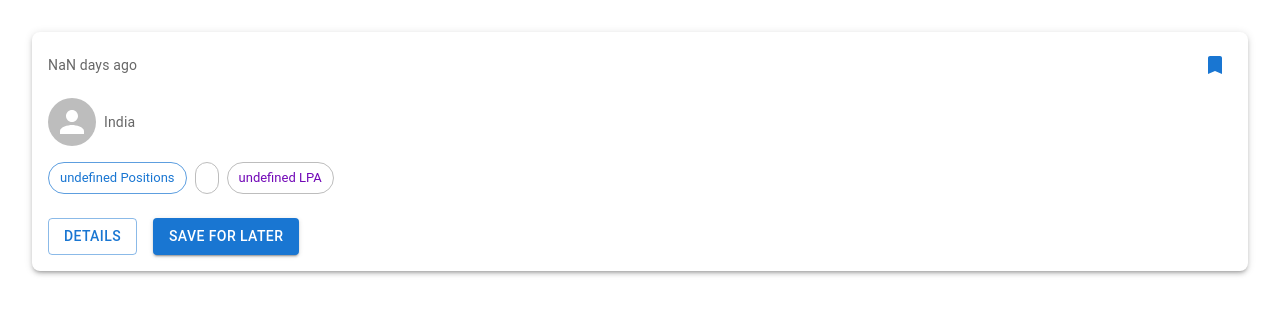
Repository: abp197/Job_bridge
Page: /jobs (app in Frontend/)
These files come from the project's save history. The page is drawn as it stood at one moment and after a run of saves; the edit follows.
The browser window is 1280 px wide. The pictures show the whole page.
The project was rebuilt for these pictures with package versions that can differ from the ones it lists, and the page was loaded fresh each time. Also part of the build but not shown: Frontend/vite.config.js, Frontend/src/utils/constant.js, Frontend/src/components/shared/Navbar.jsx, Frontend/src/components/auth/Signup.jsx, Frontend/src/components/CategoryCarousel.jsx, Frontend/src/components/HeroSection.jsx, Frontend/src/components/shared/Footer.jsx, Frontend/src/components/LatestJobCards.jsx and 24 more. Imported but missing from the stored project, and not drawn on this page: Frontend/src/hooks/useGetAppliedJobs.

Above is the page before, as saved 2024-12-22 19:40:57.

### Frontend/src/main.jsx
import { StrictMode } from 'react';
import { createRoot } from 'react-dom/client';
import App from './App.jsx';
import './index.css';
import { Provider } from 'react-redux';
import { persistStore } from 'redux-persist';
import { PersistGate } from 'redux-persist/integration/react';
import store from './components/redux/store.js';
import { Toaster } from 'react-hot-toast';


const persistor = persistStore(store);

createRoot(document.getElementById('root')).render(
  <StrictMode>
    <Provider store={store}>
      <PersistGate loading={null} persistor={persistor}>
        <App />
        <Toaster />
      </PersistGate>
    </Provider>
  </StrictMode>,
);

### Frontend/src/App.jsx
import './App.css'
import { createBrowserRouter, RouterProvider } from 'react-router-dom'
import Signup from './components/auth/Signup'
import Home from './components/Home'
import Login from './components/auth/Login'
import Jobs from './components/Job'
import JobDescription from './components/JobDescription'
import Profile from './components/Profile'
import Browse from './components/Browse'
import ProtectedRoute from './components/admin/ProtectedRoute'
import Companies from './components/admin/Companies'
import CompanyCreate from './components/admin/CompanyCreate'
import CompanySetup from './components/admin/CompanySetup'
import AdminJobs from './components/admin/AdminJobs'
import PostJob from './components/admin/PostJob'
import Applicants from './components/admin/Applicants'
import About from './components/About'
import Contact from './components/Contact'


const appRouter = createBrowserRouter([
  {
    path: '/',
    element: <Home />
  },
  {
    path: '/login',
    element: <Login />
  },
  {
    path: '/signup',
    element: <Signup />
  },
  {
    path: "/jobs",
    element: <Jobs />
  },
  {
    path: "/description/:id",
    element: <JobDescription />
  },
  {
    path: "/browse",
    element: <Browse />
  },

  {
    path: "/profile",
    element: <Profile />
  },
  {
    path: "/about",
    element: <About />
  },
  {
    path: "/contact",
    element: <Contact />
  },
  // admin ke liye yha se start hoga
 {
    path:"/admin/companies",
    element: <ProtectedRoute><Companies/></ProtectedRoute>
  },
  {
    path:"/admin/companies/create",
    element: <ProtectedRoute><CompanyCreate/></ProtectedRoute>
  },
  {
    path:"/admin/companies/:id",
    element:<ProtectedRoute><CompanySetup/></ProtectedRoute>
  },
  {
    path:"/admin/jobs",
    element:<ProtectedRoute><AdminJobs/></ProtectedRoute>
  },
  {
    path:"/admin/jobs/create",
    element:<ProtectedRoute><PostJob/></ProtectedRoute>
  },
  {
    path:"/admin/jobs/:id/applicants",
    element:<ProtectedRoute><Applicants/></ProtectedRoute>
  },



])
function App() {


  return (
    <div>
    <RouterProvider router={appRouter} />
  </div>
  )
}

export default App

### Frontend/src/components/redux/store.js
import { combineReducers, configureStore } from "@reduxjs/toolkit";
import authSlice from "./authSlice";
import jobSlice from "./jobSlice";
import {
    persistStore,
    persistReducer,
    FLUSH,
    REHYDRATE,
    PAUSE,
    PERSIST,
    PURGE,
    REGISTER,
} from 'redux-persist'
import storage from 'redux-persist/lib/storage'
import companySlice from "./companySlice";
import applicationSlice from "./applicationSlice";

const persistConfig = {
    key: 'root',
    version: 1,
    storage,
}

const rootReducer = combineReducers({
    auth:authSlice,
    job:jobSlice,
    company:companySlice,
    application:applicationSlice
})

const persistedReducer = persistReducer(persistConfig, rootReducer)


const store = configureStore({
    reducer: persistedReducer,
    middleware: (getDefaultMiddleware) =>
        getDefaultMiddleware({
            serializableCheck: {
                ignoredActions: [FLUSH, REHYDRATE, PAUSE, PERSIST, PURGE, REGISTER],
            },
        }),
});
export default store;

### Frontend/src/components/Job.jsx
/* eslint-disable react/prop-types */
/* eslint-disable no-unused-vars */
import React from 'react';
import { Button, IconButton, Avatar, Chip, Box, Typography, Paper } from '@mui/material';
import BookmarkIcon from '@mui/icons-material/Bookmark';
import { useNavigate } from 'react-router-dom';

const Job = ({ job }) => {
    const navigate = useNavigate();

    const daysAgoFunction = (mongodbTime) => {
        const createdAt = new Date(mongodbTime);
        const currentTime = new Date();
        const timeDifference = currentTime - createdAt;
        return Math.floor(timeDifference / (1000 * 24 * 60 * 60));
    };

    return (
        <Paper elevation={3} sx={{ padding: 2, borderRadius: 2, bgcolor: 'background.paper' }}>
            <Box display="flex" justifyContent="space-between" alignItems="center">
                <Typography variant="body2" color="text.secondary">
                    {daysAgoFunction(job?.createdAt) === 0 ? "Today" : `${daysAgoFunction(job?.createdAt)} days ago`}
                </Typography>
                <IconButton size="small" color="primary">
                    <BookmarkIcon />
                </IconButton>
            </Box>

            <Box display="flex" alignItems="center" gap={1} mt={2}>
                <Avatar src={job?.company?.logo} sx={{ width: 48, height: 48 }} />
                <Box>
                    <Typography variant="h6">{job?.company?.name}</Typography>
                    <Typography variant="body2" color="text.secondary">India</Typography>
                </Box>
            </Box>

            <Box mt={2}>
                <Typography variant="h5" fontWeight="bold" gutterBottom>{job?.title}</Typography>
                <Typography variant="body2" color="text.secondary">{job?.description}</Typography>
            </Box>

            <Box display="flex" gap={1} mt={2}>
                <Chip label={`${job?.position} Positions`} color="primary" variant="outlined" />
                <Chip label={job?.jobType} sx={{ color: '#F83002' }} variant="outlined" />
                <Chip label={`${job?.salary} LPA`} sx={{ color: '#7209b7' }} variant="outlined" />
            </Box>

            <Box display="flex" gap={2} mt={3}>
                <Button onClick={() => navigate(`/description/${job?._id}`)} variant="outlined" color="primary">
                    Details
                </Button>
                <Button variant="contained" sx={{ bgcolor: '', color: 'white' }}>
                    Save For Later
                </Button>
            </Box>
        </Paper>
    );
};

export default Job;

### Frontend/src/components/redux/jobSlice.js
import { createSlice } from "@reduxjs/toolkit";

const jobSlice = createSlice({
    name:"job",
    initialState:{
        allJobs:[],
        allAdminJobs:[],
        singleJob:null,
        searchJobByText:"",
        allAppliedJobs:[],
        searchedQuery:"",
    },
    reducers:{
        // actions
        setAllJobs:(state,action) => {
            state.allJobs = action.payload;
        },
        setSingleJob:(state,action) => {
            state.singleJob = action.payload;
        },
        setAllAdminJobs:(state,action) => {
            state.allAdminJobs = action.payload;
        },
        setSearchJobByText:(state,action) => {
            state.searchJobByText = action.payload;
        },
        setAllAppliedJobs:(state,action) => {
            state.allAppliedJobs = action.payload;
        },
        setSearchedQuery:(state,action) => {
            state.searchedQuery = action.payload;
        }
    }
});
export const {
    setAllJobs,
    setSingleJob,
    setAllAdminJobs,
    setSearchJobByText,
    setAllAppliedJobs,
    setSearchedQuery
} = jobSlice.actions;
export default jobSlice.reducer;

### Frontend/src/components/redux/companySlice.js
import { createSlice } from "@reduxjs/toolkit";

const companySlice = createSlice({
    name:"company",
    initialState:{
        singleCompany:null,
        companies:[],
        searchCompanyByText:"",
    },
    reducers:{
        // actions
        setSingleCompany:(state,action) => {
            state.singleCompany = action.payload;
        },
        setCompanies:(state,action) => {
            state.companies = action.payload;
        },
        setSearchCompanyByText:(state,action) => {
            state.searchCompanyByText = action.payload;
        }
    }
});
export const {setSingleCompany, setCompanies,setSearchCompanyByText} = companySlice.actions;
export default companySlice.reducer;

### Frontend/tailwind.config.js
/** @type {import('tailwindcss').Config} */
export default {
  content: [
    "./index.html",
    "./src/**/*.{js,ts,jsx,tsx}",

  ],
  theme: {
    extend: {
      // Custom utilities for hiding the scrollbar
      noScrollbar: {
        '::-webkit-scrollbar': { display: 'none' }, // Chrome, Safari, and Opera
        '-ms-overflow-style': 'none', // IE and Edge
        'scrollbar-width': 'none', // Firefox
      },
    },
  },
  plugins: [
    function ({ addUtilities }) {
      addUtilities({
        '.no-scrollbar': {
          '::-webkit-scrollbar': { display: 'none' }, // Chrome, Safari, Opera
          '-ms-overflow-style': 'none', // IE and Edge
          'scrollbar-width': 'none', // Firefox
        },
      });
    },
  ],
}

Loaded but not shown: Frontend/index.html (common file); Frontend/src/index.css (common file); Frontend/src/App.css (common file); Frontend/src/components/redux/authSlice.js (common file); Frontend/src/components/redux/applicationSlice.js (common file)

After the next 2 saves:
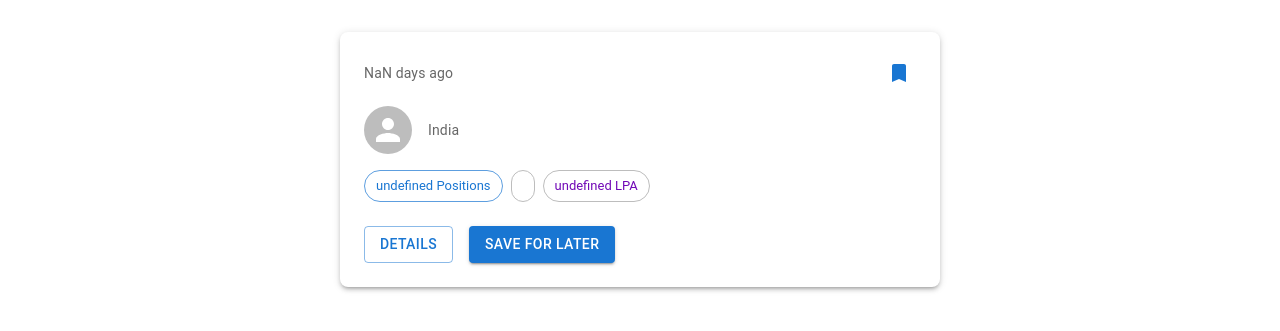
The 2 saves are shown as one change because they came seconds apart.
The last was saved 5 min 41 s later.
--- a/Frontend/src/components/Job.jsx
+++ b/Frontend/src/components/Job.jsx
@@ -16,9 +16,27 @@ const Job = ({ job }) => {
     };
 
     return (
-        <Paper elevation={3} sx={{ padding: 2, borderRadius: 2, bgcolor: 'background.paper' }}>
-            <Box display="flex" justifyContent="space-between" alignItems="center">
-                <Typography variant="body2" color="text.secondary">
+        <Paper
+            elevation={3}
+            sx={{
+                padding: { xs: 2, md: 3 },
+                borderRadius: 2,
+                bgcolor: 'background.paper',
+                maxWidth: { xs: '100%', md: '600px' },
+                margin: 'auto'
+            }}
+        >
+            <Box
+                display="flex"
+                justifyContent="space-between"
+                alignItems="center"
+                flexDirection={{ xs: 'column', sm: 'row' }}
+            >
+                <Typography
+                    variant="body2"
+                    color="text.secondary"
+                    sx={{ marginBottom: { xs: 1, sm: 0 } }}
+                >
                     {daysAgoFunction(job?.createdAt) === 0 ? "Today" : `${daysAgoFunction(job?.createdAt)} days ago`}
                 </Typography>
                 <IconButton size="small" color="primary">
@@ -26,30 +44,76 @@ const Job = ({ job }) => {
                 </IconButton>
             </Box>
 
-            <Box display="flex" alignItems="center" gap={1} mt={2}>
-                <Avatar src={job?.company?.logo} sx={{ width: 48, height: 48 }} />
-                <Box>
+            <Box
+                display="flex"
+                alignItems="center"
+                gap={2}
+                mt={2}
+                flexDirection={{ xs: 'column', sm: 'row' }}
+            >
+                <Avatar
+                    src={job?.company?.logo}
+                    sx={{ width: 48, height: 48 }}
+                />
+                <Box textAlign={{ xs: 'center', sm: 'left' }}>
                     <Typography variant="h6">{job?.company?.name}</Typography>
                     <Typography variant="body2" color="text.secondary">India</Typography>
                 </Box>
             </Box>
 
             <Box mt={2}>
-                <Typography variant="h5" fontWeight="bold" gutterBottom>{job?.title}</Typography>
-                <Typography variant="body2" color="text.secondary">{job?.description}</Typography>
+                <Typography
+                    variant="h5"
+                    fontWeight="bold"
+                    gutterBottom
+                    textAlign={{ xs: 'center', sm: 'left' }}
+                >
+                    {job?.title}
+                </Typography>
+                <Typography
+                    variant="body2"
+                    color="text.secondary"
+                    textAlign={{ xs: 'center', sm: 'left' }}
+                >
+                    {job?.description}
+                </Typography>
             </Box>
 
-            <Box display="flex" gap={1} mt={2}>
+            <Box
+                display="flex"
+                gap={1}
+                mt={2}
+                flexWrap="wrap"
+                justifyContent={{ xs: 'center', sm: 'flex-start' }}
+            >
                 <Chip label={`${job?.position} Positions`} color="primary" variant="outlined" />
                 <Chip label={job?.jobType} sx={{ color: '#F83002' }} variant="outlined" />
                 <Chip label={`${job?.salary} LPA`} sx={{ color: '#7209b7' }} variant="outlined" />
             </Box>
 
-            <Box display="flex" gap={2} mt={3}>
-                <Button onClick={() => navigate(`/description/${job?._id}`)} variant="outlined" color="primary">
+            <Box
+                display="flex"
+                gap={2}
+                mt={3}
+                flexWrap="wrap"
+                justifyContent={{ xs: 'center', sm: 'flex-start' }}
+            >
+                <Button
+                    onClick={() => navigate(`/description/${job?._id}`)}
+                    variant="outlined"
+                    color="primary"
+                    sx={{ width: { xs: '100%', sm: 'auto' } }}
+                >
                     Details
                 </Button>
-                <Button variant="contained" sx={{ bgcolor: '', color: 'white' }}>
+                <Button
+                    variant="contained"
+                    sx={{
+                        bgcolor: 'primary.main',
+                        color: 'white',
+                        width: { xs: '100%', sm: 'auto' }
+                    }}
+                >
                     Save For Later
                 </Button>
             </Box>
